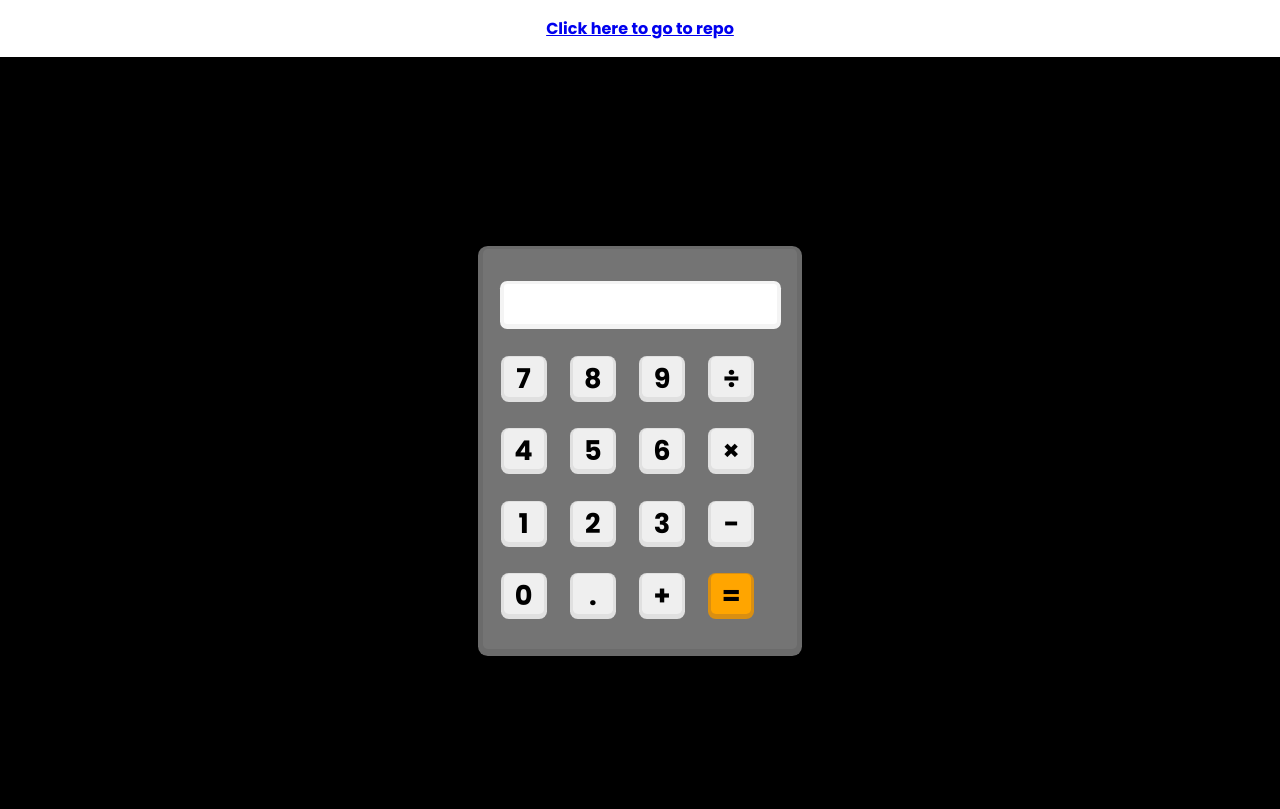
Repository: mcjohnsontech/Basic-calculator
Page: index.html
These files come from the project's save history. The page is drawn as it stood at one moment and after the next save; the edit follows.
The browser window is 1280 px wide. The pictures show the whole page.

Above is the page before, as saved 2026-01-31 20:02:11.

After the next save:
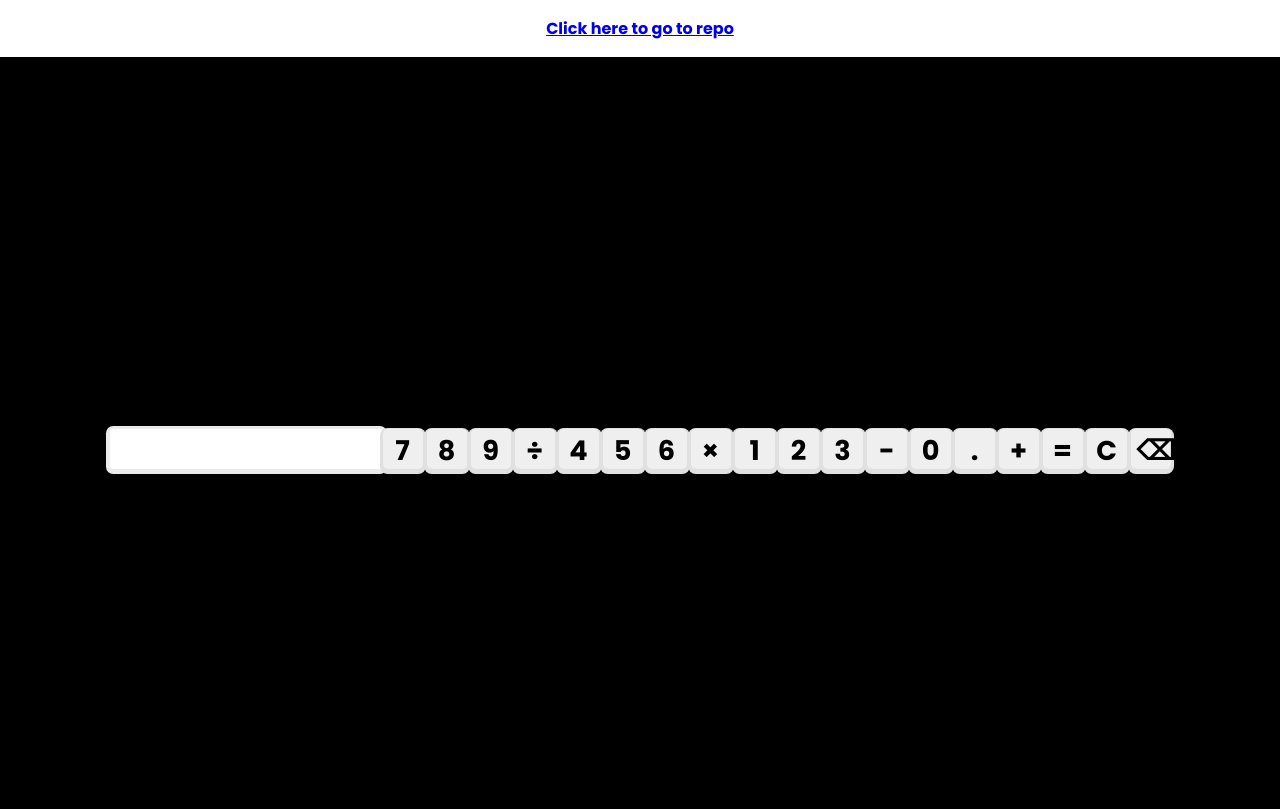
Saved 2 min 30 s later.
--- a/index.html
+++ b/index.html
@@ -18,94 +18,40 @@
   </head>
   <body>
     <section class="calculator">
-       <table>
-      <tr>
-        <th colspan="4"><input type="text" value="" id="display" /></th>
-      </tr>
-      <tr>
-        <td>
-          <button onclick="appendToDisplay('7')" id="seven" class="combine">
-            7
-          </button>
-        </td>
-        <td>
-          <button id="eight" class="combine" onclick="appendToDisplay('8')">
-            8
-          </button>
-        </td>
-        <td>
-          <button id="nine" class="combine" onclick="appendToDisplay('9')">
-            9
-          </button>
-        </td>
-        <td>
-          <button id="divide" onclick="mathsOperator('/')">
-            &divide
-          </button>
-        </td>
-      </tr>
-      <tr>
-        <td>
-          <button id="four" class="combine" onclick="appendToDisplay('4')">
-            4
-          </button>
-        </td>
-        <td>
-          <button id="five" class="combine" onclick="appendToDisplay('5')">
-            5
-          </button>
-        </td>
-        <td>
-          <button id="six" class="combine" onclick="appendToDisplay('6')">
-            6
-          </button>
-        </td>
-        <td>
-          <button id="multiply" onclick="mathsOperator('x')">
-            &times
-          </button>
-        </td>
-      </tr>
-      <tr>
-        <td>
-          <button id="one" class="combine" onclick="appendToDisplay('1')">
-            1
-          </button>
-        </td>
-        <td>
-          <button id="two" class="combine" onclick="appendToDisplay('2')">
-            2
-          </button>
-        </td>
-        <td>
-          <button id="three" class="combine" onclick="appendToDisplay('3')">
-            3
-          </button>
-        </td>
-        <td>
-          <button id="subtraction" onclick="mathsOperator('-')">
-            &minus;
-          </button>
-        </td>
-      </tr>
-      <tr>
-        <td>
-          <button id="zero" class="combine" onclick="appendToDisplay('0')">
-            0
-          </button>
-        </td>
-        <td>
-          <button id="decimal_point combine" onclick="appendToDisplay('.')">
-            .
-          </button>
-        </td>
-        <td>
-          <button id="addition" onclick="mathsOperator('+')">&plus;</button>
-        </td>
-        <td><button id="total" onclick="totalFunc()">&equals;</button></td>
-      </tr>
-    </table>
-    </section>
+  <div class="display-wrapper">
+    <input type="text" id="display" readonly aria-label="Calculator display" />
+  </div>
+
+  <div class="buttons">
+    <!-- Row 1 -->
+    <button data-value="7">7</button>
+    <button data-value="8">8</button>
+    <button data-value="9">9</button>
+    <button class="operator" data-operator="/">÷</button>
+
+    <!-- Row 2 -->
+    <button data-value="4">4</button>
+    <button data-value="5">5</button>
+    <button data-value="6">6</button>
+    <button class="operator" data-operator="*">×</button>
+
+    <!-- Row 3 -->
+    <button data-value="1">1</button>
+    <button data-value="2">2</button>
+    <button data-value="3">3</button>
+    <button class="operator" data-operator="-">−</button>
+
+    <!-- Row 4 -->
+    <button data-value="0" class="zero">0</button>
+    <button data-value=".">.</button>
+    <button class="operator" data-operator="+">+</button>
+    <button id="equals">=</button>
+
+    <!-- Row 5 -->
+    <button id="clear" class="span-two">C</button>
+    <button id="backspace">⌫</button>
+  </div>
+</section>
 
   </body>
 </html>
